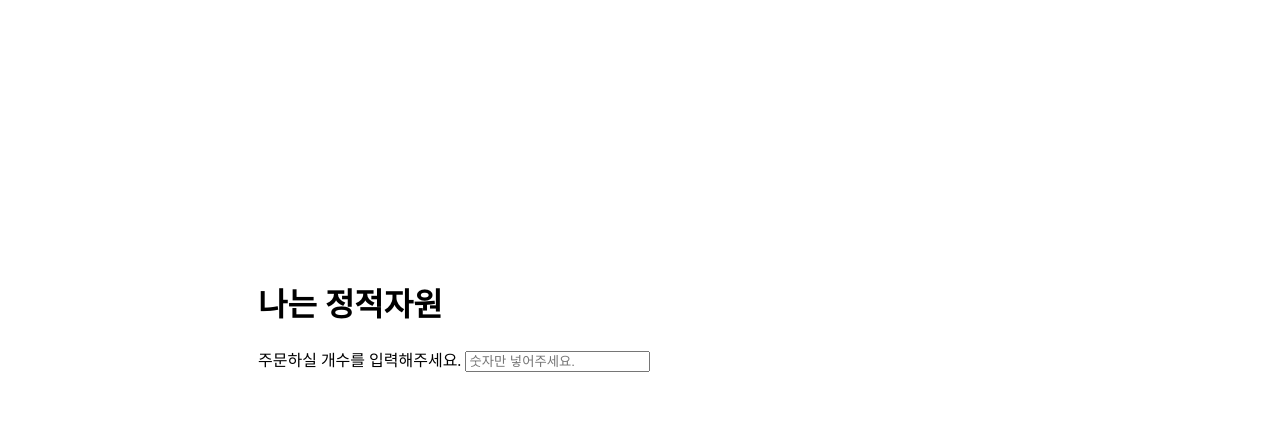
Repository: whgdkfk/web-workspace
Page: BurgerKingProject/src/main/webapp/static/Request_Page.html
These files come from the project's save history. The page is drawn as it stood at one moment and after the next save; the edit follows.
The browser window is 1280 px wide. The pictures show the whole page.

Above is the page before, as saved 2025-03-07 08:45:06.

### BurgerKingProject/src/main/webapp/static/Request_Page.html
<!DOCTYPE html>
<html>
<head>
<meta charset="UTF-8">
<title>눌렀음</title>
<style>
	body {
		padding: 250px;
	}
</style>
</head>
<body>
	<h1>나는 정적자원</h1>

	<!--
	System.out.println("아이디를 입력해주세요 > ");
	String userId = sc.nextLine();
	-->
	<!-- ↓ 대체됨 -->
	<span>주문하실 개수를 입력해주세요.</span>
	<input type="text" placeholder="숫자만 넣어주세요."/>

</body>
</html>

After the next save:
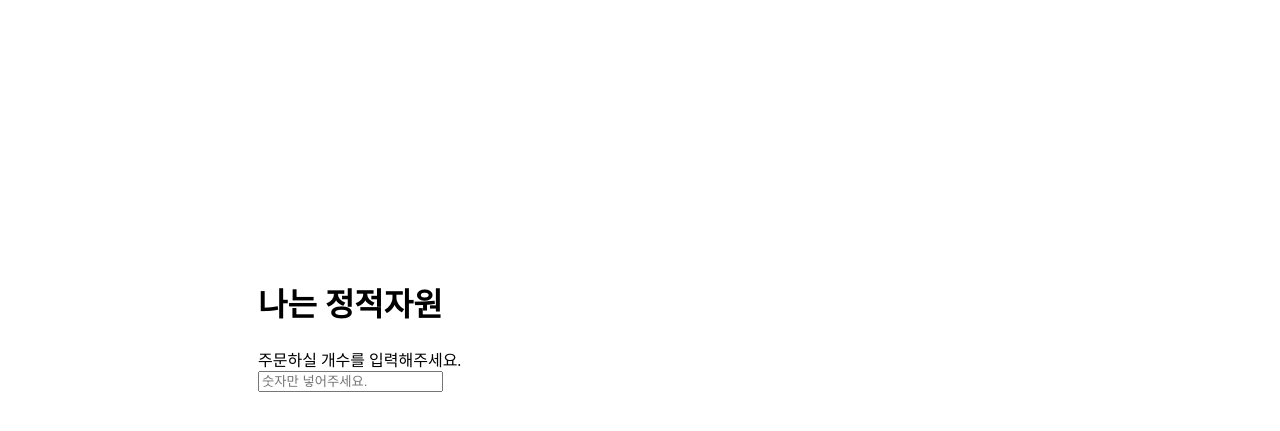
Saved 34 s later.
--- a/BurgerKingProject/src/main/webapp/static/Request_Page.html
+++ b/BurgerKingProject/src/main/webapp/static/Request_Page.html
@@ -17,7 +17,7 @@
 	String userId = sc.nextLine();
 	-->
 	<!-- ↓ 대체됨 -->
-	<span>주문하실 개수를 입력해주세요.</span>
+	<span>주문하실 개수를 입력해주세요.</span> <br>
 	<input type="text" placeholder="숫자만 넣어주세요."/>
 
 </body>
